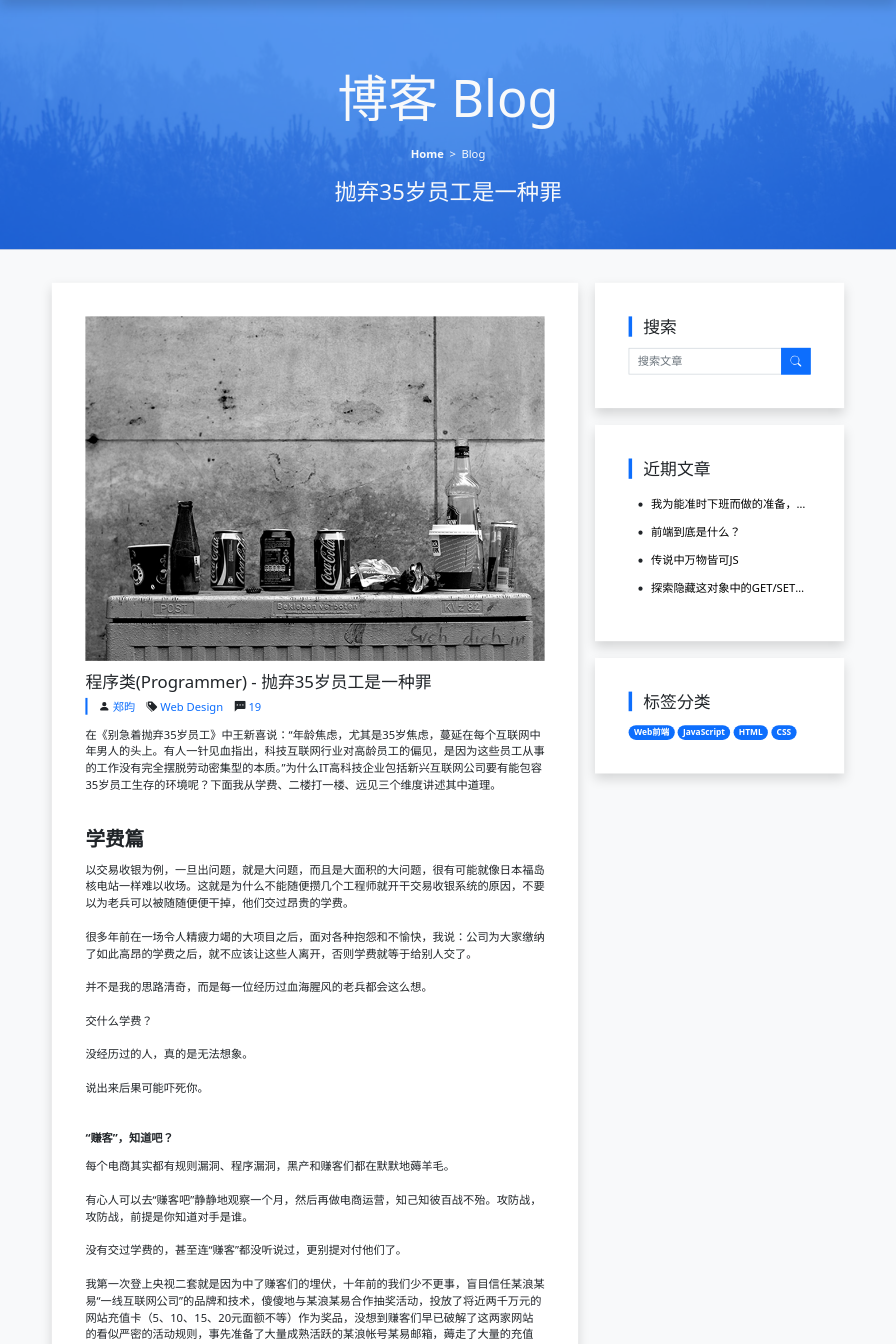
Repository: herjuandlonely/github.io
Page: index-blog.html
These files come from the project's save history. The page is drawn as it stood at one moment and after the next save; the edit follows.
The browser window is 1280 px wide. The pictures show the part of the page from y = 0 to 1920 px (the page is 4176 px tall), at 70% of full size.
Backgrounds fixed to the window are drawn as part of the page.

Above is the page before, as saved 2022-07-02 20:30:37.

### index-blog.html
<!DOCTYPE html>
<html lang="en">
<head>
    <meta charset="UTF-8">
    <meta http-equiv="X-UA-Compatible" content="IE=edge">
    <meta name="viewport" content="width=device-width, initial-scale=1.0">
    <link rel="stylesheet" href="./bootstrap-4.6.1-dist/css/bootstrap.min.css">
    <link rel="stylesheet" href="./CSS/index-blog.css">
    <link rel="stylesheet" href="./CSS/normalize.css">
    <link rel="stylesheet" href="./icon/font_3484823_t6q6q64gri/iconfont.css">
    <script src="./bootstrap-4.6.1-dist/js/bootstrap.bundle.min.js"></script>
    <title>何亚Herju- Blog -抛弃35岁员工是一种罪</title>
</head>
<body style="height: 3000px;" class=" bg-light">
    <!-- nav start -->
    <div class="container-fluid px-0 shadow navbarControl">
        <nav class="navbar navbar-expand-md navbar-dark navbarBg">
            <div class="container-fluid px-4">
                <a href="index.html" class="navbar-brand ms-4">Herju's Home</a>
                <button class="navbar-toggler" data-bs-toggle="collapse" data-bs-target="#foldBtn">
                    <span class="navbar-toggler-icon"></span>
                </button>
                <div class="collapse navbar-collapse" id="foldBtn">
                    <ul class="navbar-nav ms-auto me-4 navbarCli">
                        <li class="nav-item text-center">
                            <a class="nav-link fw-lighter" href="index.html#bk">博客 Blog</a>
                        </li>
                        <li class="nav-item text-center">
                            <a class="nav-link fw-lighter" href="index.html#jn">技能 Skill</a>
                        </li>
                        <li class="nav-item text-center">
                            <a class="nav-link fw-lighter" href="index.html#ab">关于 About</a>
                        </li>
                        <li class="nav-item text-center">
                            <a class="nav-link fw-lighter" href="index.html#lx">联系我 Call</a>
                        </li>
                    </ul>
                </div>
            </div>
        </nav>
    </div>
    <!-- nav end -->

    <!-- baneer start -->
    <div class="banner position-relative bannerContent">
        <div class=" position-absolute w-100 h-100 bg-primary" style="opacity: .7;"></div>
        <div class=" position-absolute w-100 h-100 py-5" style="z-index: 3;">
            <h1 class=" text-light text-center display-2 mb-0">博客 Blog</h1>
            <nav class=" text-light mbShit mt-5 mt-md-4" >
                <ol class="breadcrumb d-flex justify-content-center">
                    <li class="breadcrumb-item">
                        <a href="index.html" class="text-light text-decoration-none fw-bold">Home</a>
                    </li>
                    <li class="breadcrumb-item">Blog</li>
                </ol>
            </nav>
            <h1 class="text-center text-light mt-5 mt-md-4">抛弃35岁员工是一种罪</h1>
        </div>
    </div>
    <!-- baneer start -->

    <!-- content start -->
    <div class="container">
        <div class="row py-5">
            <div class="col-lg-8 col-12 px-1">

                <!-- 主内容 -->
                <div class="shadow bg-white p-5 mb-4">
                    <img src="./image/piqsels.com-id-fggmp.png" class="img-fluid">
                    <h4 class=" mt-3">
                        程序类(Programmer) - 抛弃35岁员工是一种罪
                    </h4>
                    <ul class='border-start border-3 border-primary list-unstyled d-flex'>
                        <li class=" ms-3">
                            <a href="#" class=" text-decoration-none d-flex align-items-center">
                                <svg xmlns="http://www.w3.org/2000/svg" width="16" height="16" fill="currentColor" class="bi bi-person-fill text-dark me-1" viewBox="0 0 16 16">
                                    <path d="M3 14s-1 0-1-1 1-4 6-4 6 3 6 4-1 1-1 1H3zm5-6a3 3 0 1 0 0-6 3 3 0 0 0 0 6z"/>
                                  </svg>
                                郑昀
                            </a>
                        </li>
                        <li class=" ms-3">
                            <a href="#" class=" text-decoration-none d-flex align-items-center">
                                <svg xmlns="http://www.w3.org/2000/svg" width="16" height="16" fill="currentColor" class="bi bi-tags-fill text-dark me-1" viewBox="0 0 16 16">
                                    <path d="M2 2a1 1 0 0 1 1-1h4.586a1 1 0 0 1 .707.293l7 7a1 1 0 0 1 0 1.414l-4.586 4.586a1 1 0 0 1-1.414 0l-7-7A1 1 0 0 1 2 6.586V2zm3.5 4a1.5 1.5 0 1 0 0-3 1.5 1.5 0 0 0 0 3z"/>
                                    <path d="M1.293 7.793A1 1 0 0 1 1 7.086V2a1 1 0 0 0-1 1v4.586a1 1 0 0 0 .293.707l7 7a1 1 0 0 0 1.414 0l.043-.043-7.457-7.457z"/>
                                  </svg>
                                Web Design
                            </a>
                        </li>
                        <li class=" ms-3">
                            <a href="#" class=" text-decoration-none d-flex align-items-center">
                                <svg xmlns="http://www.w3.org/2000/svg" width="16" height="16" fill="currentColor" class="bi bi-chat-left-dots-fill text-dark me-1" viewBox="0 0 16 16">
                                    <path d="M0 2a2 2 0 0 1 2-2h12a2 2 0 0 1 2 2v8a2 2 0 0 1-2 2H4.414a1 1 0 0 0-.707.293L.854 15.146A.5.5 0 0 1 0 14.793V2zm5 4a1 1 0 1 0-2 0 1 1 0 0 0 2 0zm4 0a1 1 0 1 0-2 0 1 1 0 0 0 2 0zm3 1a1 1 0 1 0 0-2 1 1 0 0 0 0 2z"/>
                                  </svg>
                                19
                            </a>
                        </li>
                    </ul>
                    <p class="mb-2">在《别急着抛弃35岁员工》中王新喜说：“年龄焦虑，尤其是35岁焦虑，蔓延在每个互联网中年男人的头上。有人一针见血指出，科技互联网行业对高龄员工的偏见，是因为这些员工从事的工作没有完全摆脱劳动密集型的本质。”为什么IT高科技企业包括新兴互联网公司要有能包容35岁员工生存的环境呢？下面我从学费、二楼打一楼、远见三个维度讲述其中道理。</p>
                    <h3 class=" fw-bold mt-5">学费篇</h3>
                    <p class="mt-3">以交易收银为例，一旦出问题，就是大问题，而且是大面积的大问题，很有可能就像日本福岛核电站一样难以收场。这就是为什么不能随便攒几个工程师就开干交易收银系统的原因，不要以为老兵可以被随随便便干掉，他们交过昂贵的学费。<br><br>
                        很多年前在一场令人精疲力竭的大项目之后，面对各种抱怨和不愉快，我说：公司为大家缴纳了如此高昂的学费之后，就不应该让这些人离开，否则学费就等于给别人交了。<br><br>
                        并不是我的思路清奇，而是每一位经历过血海腥风的老兵都会这么想。<br><br>
                        交什么学费？<br><br>
                        没经历过的人，真的是无法想象。<br><br>
                        说出来后果可能吓死你。
                    </p>
                    <p class=" fw-bold mt-5">“赚客”，知道吧？</p>
                    <p>每个电商其实都有规则漏洞、程序漏洞，黑产和赚客们都在默默地薅羊毛。<br><br>
                        有心人可以去“赚客吧”静静地观察一个月，然后再做电商运营，知己知彼百战不殆。攻防战，攻防战，前提是你知道对手是谁。<br><br>
                        没有交过学费的，甚至连“赚客”都没听说过，更别提对付他们了。<br><br>
                        我第一次登上央视二套就是因为中了赚客们的埋伏，十年前的我们少不更事，盲目信任某浪某易“一线互联网公司”的品牌和技术，傻傻地与某浪某易合作抽奖活动，投放了将近两千万元的网站充值卡（5、10、15、20元面额不等）作为奖品，没想到赚客们早已破解了这两家网站的看似严密的活动规则，事先准备了大量成熟活跃的某浪帐号某易邮箱，薅走了大量的充值卡。<br><br>
                        最近一次再度目睹赚客是2019年1月20日凌晨1点到10点，整整9个小时，羊毛党徒们狂欢，从拼多多领取（而不是抢购）100元无门槛优惠券，据信拼多多损失高达数千万元。<br><br>
                        幸好拼多多有专业团队写就的用户服务协议，能够有效地在这种薅羊毛事件中保护拼多多，比如：
                    </p>
                    <ul>
                        <li class=" mt-3">
                            账户保管：凡经您的账号和密码成功登录使用拼多多平台，即视为您的使用行为；您应当对您的账户进行的所有活动及后果负法律责任。您不得以任何形式擅自转让或授权他人使用您的账户，因您主动泄露、出借账户信息或因您遭受他人攻击、诈骗等行为导致的损失及后果，拼多多并不承担责任，您可以通过司法、行政等救济途径向侵权行为人追偿。<span class=" text-primary">（注：撇清盗号连带责任）</span>
                        </li>
                        <li class=" mt-3">
                            交易秩序：您的购买行为应当基于真实的消费需求，不得实施恶意购买、恶意维权等扰乱拼多多平台正常交易秩序的行为。基于维护拼多多平台交易秩序及交易安全的需要，拼多多发现上述情形时有权采取关闭相关交易订单，限制账户使用功能、中止或 终止服务等措施而无需事先通知您。<span class=" text-primary">（注：关闭订单，关停账户，有法可依！）</span>
                        </li>
                        <li class=" mt-3">
                            商品信息：您充分理解， 拼多多平台上存在海量信息，因为互联网技术及人力的局限性，拼多多不能保证平台上所有商品的信息均准确、完整、可靠、有效、没有错误和没有误导性。除拼多多有明显过错外，对于因商品信息导致的纠纷，拼多多不承担任何责任。<span class=" text-primary">（注：以往公司经常因为商品信息不准确或标价错误，而被消费者牵涉入官司中）</span>
                        </li>
                        <li class=" mt-3">
                            异常订单处理：如拼多多发现您通过拼多多平台下达的订单存在违反法律规定或者本协议约定的异常情形的，拼多多有权采取关闭相关交易订单、限制账户使用功能、中止或终止服务等措施而无需事先通知您。<span class=" text-primary">（注：针对薅羊毛黑产们的大杀器！）</span>
                        </li>
                        <li class=" mt-3">
                            禁止行为：使用拼多多平台外挂和/或利用拼多多平台当中的 BUG 来获得不正当的利益；<span class=" text-primary">（注：针对赚客们的大杀器！）</span>
                        </li>
                        <li class=" mt-3">
                            服务中断：您理解并同意，拼多多需要定期或者不定期地对拼多多平台、设备进行维护或者检修，因此造成的拼多多服务在合理时间内的中断，拼多多无需为此承担任何责任，但拼多多将尽可能事先通知您。<span class=" text-primary">（注：紧急事件发生的时候，可以主动关停服务！）</span>
                        </li>
                    </ul>
                    <p class="mt-4">
                        这是什么？这特么就是金山银海般的学费买来的宝贵战斗经验，在雪崩之下挽救公司前程命运。
                    </p>
                </div>

                <!-- 评论 -->
                <div class="shadow bg-white p-5 mb-4">
                    <h4 class=" border-start border-5 border-primary ps-3">留言（19）</h4>
                    <div class="d-flex mt-5">
                        <img src="./image/zm.gif" style="height: 80px;" />
                        <div class="ms-4 w-auto">
                            <h4>XXX</h4>
                            <i>19 Sep 2022</i>
                            <p class=" text-secondary text-break">这篇文章很有意思，吸收了很多的东西，感谢老师的分享。期待下次的分享。</p>
                        </div>
                    </div>
                    <div class="d-flex ms-4 mt-2">
                        <img src="./image/80.gif" style="height: 80px;" />
                        <div class="ms-4 w-auto">
                            <h4>AAA</h4>
                            <i>20 Sep 2022</i>
                            <p class=" text-secondary">写的确实很好，一起努力！</p>
                        </div>
                    </div>
                    <div class="d-flex mt-4">
                        <img src="./image/t2.gif" style="height: 80px;" />
                        <div class="ms-4 w-auto">
                            <h4>kkk</h4>
                            <i>13 Sep 2022</i>
                            <p class=" text-secondary">写的确实很好，一起努力！</p>
                        </div>
                    </div>
                </div>

                <!-- 留言 -->
                <div class="shadow bg-white p-5">
                    <h4 class=" border-start border-5 border-primary ps-3">发送留言</h4>
                    <div class="row mt-3">
                        <div class="col-12 col-md-6">
                            <input type="text" class="rounded-0 form-control" placeholder="Name*">
                        </div>
                        <div class="col-12 col-md-6 mt-4 mt-md-0">
                            <input type="text" class="rounded-0 form-control" placeholder="Email*">
                        </div>
                        <div class="col-12">
                            <input type="text" class="mt-4 rounded-0 form-control" placeholder="WebSite">
                        </div>
                        <div class="col-12 mt-4">
                            <div class="form-floating">
                                <textarea class="rounded-0 form-control" style="height: 120px;" id="contentNode" placeholder="s"></textarea>
                                <label for="contentNode" class=" text-secondary">Content</label>
                            </div>
                            <div class="btn btn-secondary mt-4">提交留言</div>
                        </div>
                    </div>
                </div>
            </div>
            <div class="col-lg-4 col-12 px-1">
                <div class="bg-white shadow p-5 ms-lg-3">
                    <div class="border-start border-5 border-primary ps-3">
                        <h4>搜索</h4>
                    </div>
                    <div class="input-group mt-3">
                        <input type="text" class=" form-control rounded-0" placeholder="搜索文章">
                        <button class="btn btn-primary rounded-0 d-flex align-items-center">
                            <svg xmlns="http://www.w3.org/2000/svg" width="16" height="16" fill="currentColor" class="bi bi-search" viewBox="0 0 16 16">
                                <path d="M11.742 10.344a6.5 6.5 0 1 0-1.397 1.398h-.001c.03.04.062.078.098.115l3.85 3.85a1 1 0 0 0 1.415-1.414l-3.85-3.85a1.007 1.007 0 0 0-.115-.1zM12 6.5a5.5 5.5 0 1 1-11 0 5.5 5.5 0 0 1 11 0z"/>
                              </svg>
                        </button>
                    </div>
                </div>
                <div class="bg-white shadow mt-4 p-5 ms-lg-3">
                    <div class="border-start border-5 border-primary ps-3">
                        <h4>近期文章</h4>
                    </div>
                    <ul class="mt-4 title-ul">
                        <li>
                            <a href="#" class="text-decoration-none">
                                <p class="textUl">我为能准时下班而做的准备，以及由此的收获，同时总结下不足</p>
                            </a>
                        </li>
                        <li>
                            <a href="#" class="text-decoration-none">
                                <p class="textUl">前端到底是什么？</p>
                            </a>
                        </li>
                        <li>
                            <a href="#" class="text-decoration-none">
                                <p class="textUl">传说中万物皆可JS</p>
                            </a>
                        </li>
                        <li>
                            <a href="#" class="text-decoration-none">
                                <p class="textUl">探索隐藏这对象中的GET/SET方法</p>
                            </a>
                        </li>
                    </ul>
                </div>
                <div class="bg-white shadow mt-4 p-5 ms-lg-3">
                    <div class="border-start border-5 border-primary ps-3 mb-3">
                        <h4>标签分类</h4>
                    </div>
                    <a href="#" class="badge bg-primary rounded-pill text-decoration-none">Web前端</a>
                    <a href="#" class="badge bg-primary rounded-pill text-decoration-none">JavaScript</a>
                    <a href="#" class="badge bg-primary rounded-pill text-decoration-none">HTML</a>
                    <a href="#" class="badge bg-primary rounded-pill text-decoration-none">CSS</a>

                </div>
            </div>
        </div>
    </div>
    <!-- content end -->

    <!-- footer start -->
    <div class="container-fluid navbarBg py-5">
        <div class="container">
            <div class="row">
                <div class="col-md-3 col-12 text-center text-md-start">
                    <ul class=" list-unstyled text-light">
                        <li class=" fw-bold">服务器端支持</li>
                        <li class="mt-2 fw-light"><small>Web端支持</small></li>
                        <li class=" fw-light"><small>Phone端支持</small></li>
                    </ul>
                </div>
                <div class="col-md-3 col-12 text-center text-md-start">
                    <ul class=" list-unstyled text-light">
                        <li class=" fw-bold">功能性模块</li>
                        <li class="mt-2 fw-light"><small>博客Blog</small></li>
                        <li class=" fw-light"><small>技能Skill</small></li>
                        <li class=" fw-light"><small>关于About</small></li>
                        <li class=" fw-light"><small>联系我Call</small></li>
                    </ul>
                </div>
                <div class="col-md-3 col-12 text-center text-md-start">
                    <ul class=" list-unstyled text-light">
                        <li class=" fw-bold">技能支持</li>
                        <li class="mt-2 fw-light"><small>Web前端技术</small></li>
                        <li class=" fw-light"><small>PhotoShop</small></li>
                        <li class=" fw-light"><small>BootStrap 5</small></li>
                    </ul>
                </div>
                <div class="col-md-3 col-12 text-center text-md-start">
                    <ul class=" list-unstyled text-light">
                        <li class=" fw-bold">Herju's Home</li>
                        <li class="mt-2 fw-light"><small>何亚耗时5小时完成的个人网站，希望大家喜欢，这是一个非常不错的项目练习。</small></li>
                    </ul>
                </div>
                <div class="col-12 text-center text-light mt-3">
                    <span>此网站由 何亚Herju © 1997-2022 版权所有</span>
                    <br>
                    <span>工业和信息化部备案管理系统网站</span>
                </div>
            </div>

        </div>
    </div>
    <!-- footer end -->

    <script src="./JS/index-blog.js"></script>
</body>
</html>

### CSS/index-blog.css
.navbarControl{
    transition: .3s;
    position: fixed;
    top: 0;
    left: 0;
    z-index: 999;
}
.navbarControl.showAndHide{
    top: -56px;
}
.navbarControl a{
    cursor: pointer;
}
.navbarBg{
    background-color: #161d27;
}
.banner{
    background: url(../image/overlay-bg.jpg) no-repeat center -180px;
    height: 356px;
    background-attachment: fixed;
    background-size: cover;
}
.mbShit{
    --bs-breadcrumb-divider: '>';
}
.mbShit ol .breadcrumb-item::before{
    color: #f8f9fa !important;
}
.textUl{
    overflow: hidden;  /* 溢出隐藏 */
    white-space: nowrap;  /* 不允许换行 */
    text-overflow: ellipsis;  /* 换成... */
}
.title-ul > li a{
    color: black;
}
.title-ul > li:hover a{
    color: #0A53BE;
}

### icon/font_3484823_t6q6q64gri/iconfont.css
@font-face {
  font-family: "iconfont"; /* Project id 3484823 */
  src: url('iconfont.woff2?t=1656149880118') format('woff2'),
       url('iconfont.woff?t=1656149880118') format('woff'),
       url('iconfont.ttf?t=1656149880118') format('truetype');
}

.iconfont {
  font-family: "iconfont" !important;
  font-size: 16px;
  font-style: normal;
  -webkit-font-smoothing: antialiased;
  -moz-osx-font-smoothing: grayscale;
}

.icon-QQ:before {
  content: "\e882";
}

.icon-weixin:before {
  content: "\e8bb";
}

Loaded but not shown: bootstrap-4.6.1-dist/css/bootstrap.min.css (library); CSS/normalize.css (library); bootstrap-4.6.1-dist/js/bootstrap.bundle.min.js (library); JS/index-blog.js (50 lines, source omitted)

After the next save:
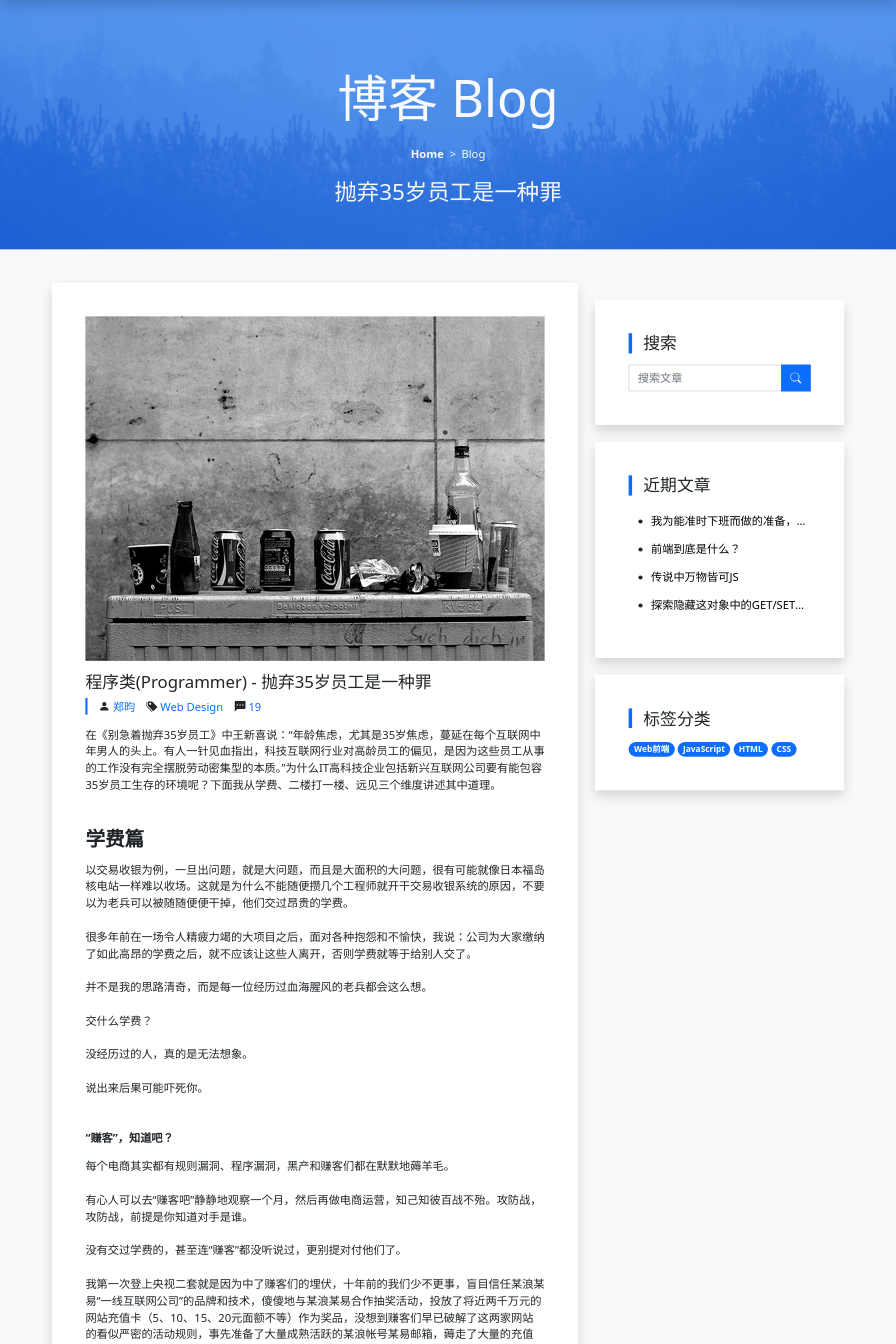
Saved 108 s later.
--- a/index-blog.html
+++ b/index-blog.html
@@ -191,7 +191,7 @@
                     </div>
                 </div>
             </div>
-            <div class="col-lg-4 col-12 px-1">
+            <div class="col-lg-4 col-12 px-1 mt-lg-4">
                 <div class="bg-white shadow p-5 ms-lg-3">
                     <div class="border-start border-5 border-primary ps-3">
                         <h4>搜索</h4>

After the 2 saves that followed:
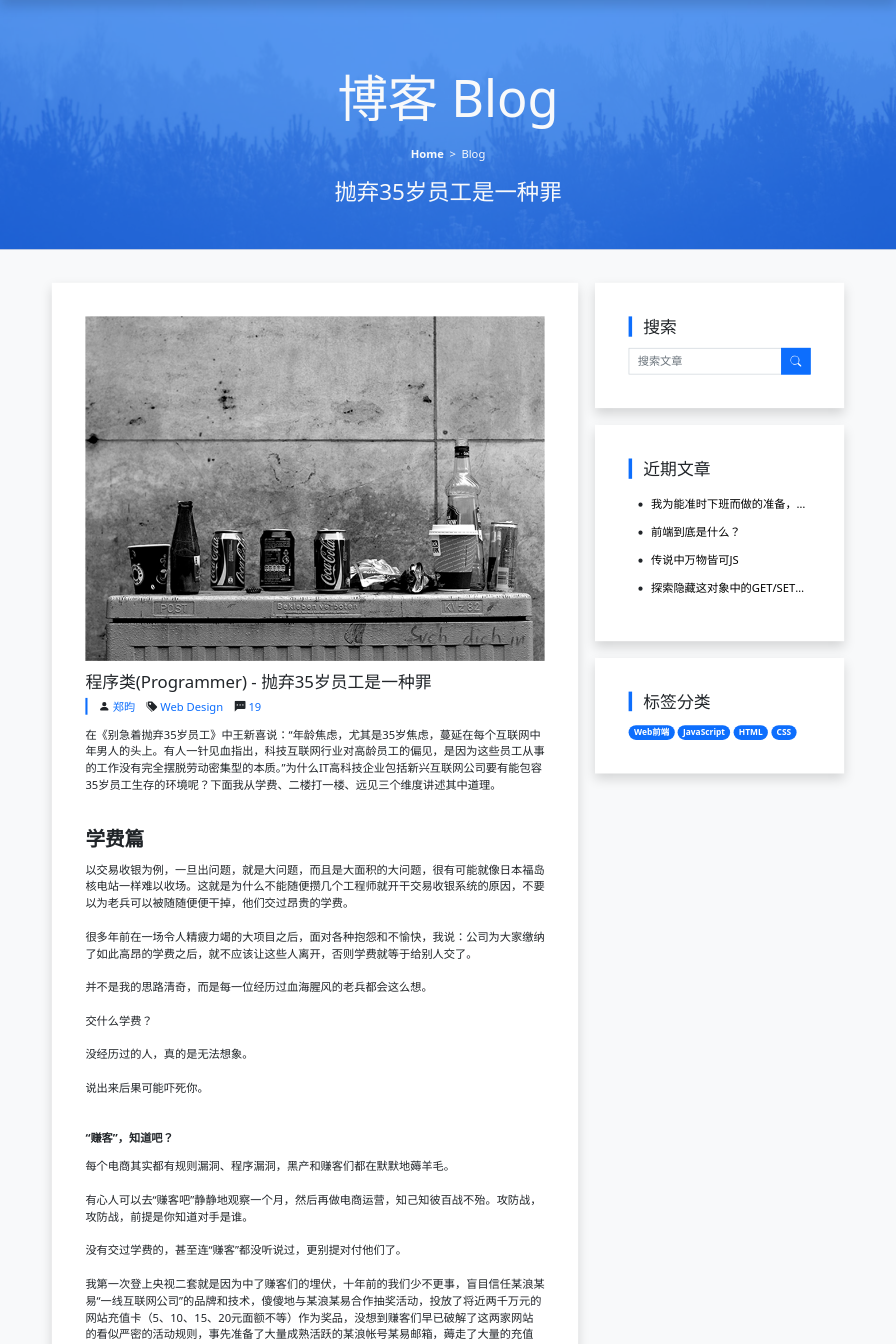
The 2 saves are shown as one change because 1 left the picture as it was.
The last was saved 2 min 54 s later.
--- a/index-blog.html
+++ b/index-blog.html
@@ -191,7 +191,7 @@
                     </div>
                 </div>
             </div>
-            <div class="col-lg-4 col-12 px-1 mt-lg-4">
+            <div class="col-lg-4 col-12 px-1 mt-4 mt-lg-0">
                 <div class="bg-white shadow p-5 ms-lg-3">
                     <div class="border-start border-5 border-primary ps-3">
                         <h4>搜索</h4>
